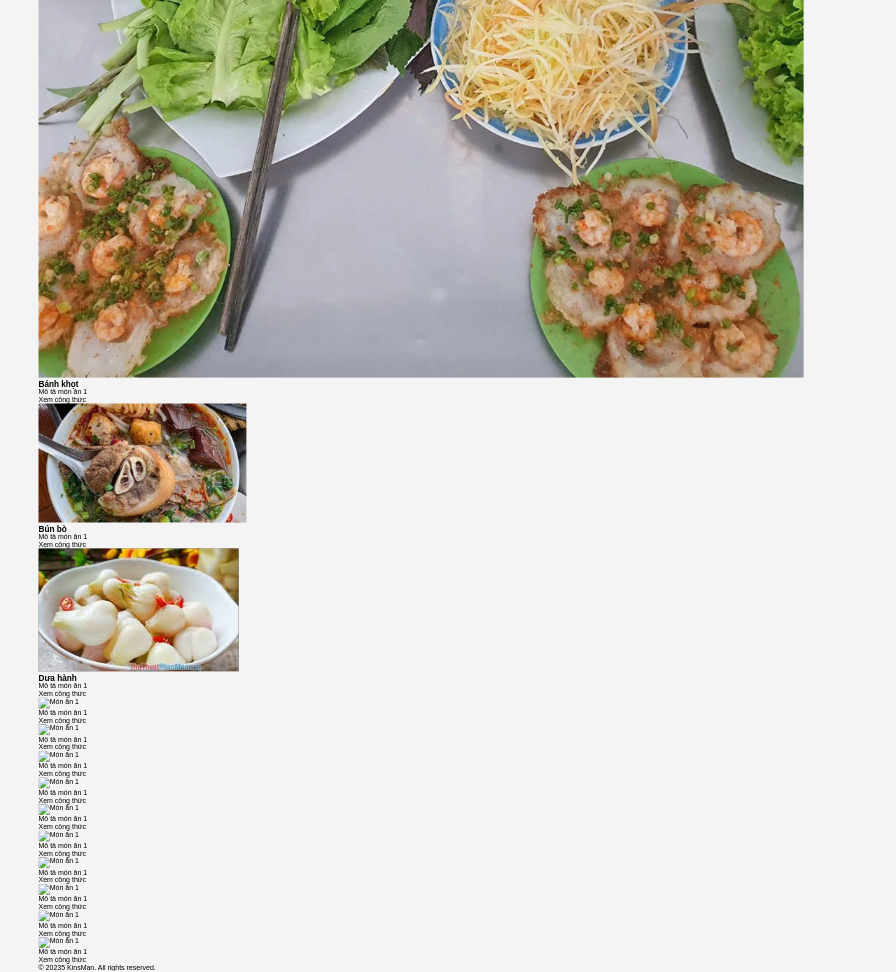
Repository: hoang28092000/how-food
Page: index.html
An editor plug-in stored every save of this project. The page is shown before and after a run of saves, followed by the edit.
The browser window is 1280 px wide. The pictures show the part of the page from y = 1208 to 3128 px (the page is 2596 px tall before and 3128 px after), at 70% of full size.

Above is the page before, as saved 2025-04-14 23:56:24.

### index.html
<!DOCTYPE html>
<html lang="en">
<head>
    <meta charset="UTF-8">
    <meta name="viewport" content="width=device-width, initial-scale=1.0">
    <link rel="stylesheet" href="./style.css">
    <title>Food VN</title>
</head>
<body>
    <header>
        <div class="container">
            <nav class="nav">
                <h1 class="logo">KINSMAN</h1>
                <form action="" class="search-form">
                    <input type="text" class="search-box" placeholder="Search for food...">
                    <button type="submit" class="btn-search">Search</button>
                </form>
            </nav>
        </div>
    </header>
    <main>
        <div class="container">
            <h2 class="title-page">
                Công thức nấu món ăn do KinsMAN cung cấp
            </h2>
            <div class="list-food">
                <div class="food-item">
                    <img src="./image/banh-xeo.webp" alt="Món ăn 1" class="food-image">
                    <div class="info-card">
                        <h3 class="food-name">Bánh Xèo</h3>
                        <p class="food-description">Mô tả món ăn 1</p>
                        <a class="btn-card">Xem công thức</a>
                    </div>
                </div>
                <div class="food-item">
                    <img src="./image/banh_khot.webp" alt="Món ăn 1" class="food-image">
                    <div class="info-card">
                        <h3 class="food-name">Bánh khọt</h3>
                        <p class="food-description">Mô tả món ăn 1</p>
                        <a class="btn-card">Xem công thức</a>
                    </div>
                </div>
                <div class="food-item">
                    <img src="./image/bunbo.jpg" alt="Món ăn 1" class="food-image">
                    <div class="info-card">
                        <h3 class="food-name">Bún bò</h3>
                        <p class="food-description">Mô tả món ăn 1</p>
                        <a class="btn-card">Xem công thức</a>
                    </div>
                </div>
                <div class="food-item">
                    <img src="./image/duahanh.jpg" alt="Món ăn 1" class="food-image">
                    <div class="info-card">
                        <h3 class="food-name">Dưa hành</h3>
                        <p class="food-description">Mô tả món ăn 1</p>
                        <a class="btn-card">Xem công thức</a>
                    </div>
                </div>
                <div class="food-item">
                    <img src="" alt="Món ăn 1" class="food-image">
                    <div class="info-card">
                        <h3 class="food-name"></h3>
                        <p class="food-description">Mô tả món ăn 1</p>
                        <a class="btn-card">Xem công thức</a>
                    </div>
                </div>
                <div class="food-item">
                    <img src="" alt="Món ăn 1" class="food-image">
                    <div class="info-card">
                        <h3 class="food-name"></h3>
                        <p class="food-description">Mô tả món ăn 1</p>
                        <a class="btn-card">Xem công thức</a>
                    </div>
                </div>
                <div class="food-item">
                    <img src="" alt="Món ăn 1" class="food-image">
                    <div class="info-card">
                        <h3 class="food-name"></h3>
                        <p class="food-description">Mô tả món ăn 1</p>
                        <a class="btn-card">Xem công thức</a>
                    </div>
                </div>
                <div class="food-item">
                    <img src="" alt="Món ăn 1" class="food-image">
                    <div class="info-card">
                        <h3 class="food-name"></h3>
                        <p class="food-description">Mô tả món ăn 1</p>
                        <a class="btn-card">Xem công thức</a>
                    </div>
                </div>
                <div class="food-item">
                    <img src="" alt="Món ăn 1" class="food-image">
                    <div class="info-card">
                        <h3 class="food-name"></h3>
                        <p class="food-description">Mô tả món ăn 1</p>
                        <a class="btn-card">Xem công thức</a>
                    </div>
                </div>
                <div class="food-item">
                    <img src="" alt="Món ăn 1" class="food-image">
                    <div class="info-card">
                        <h3 class="food-name"></h3>
                        <p class="food-description">Mô tả món ăn 1</p>
                        <a class="btn-card">Xem công thức</a>
                    </div>
                </div>
                <div class="food-item">
                    <img src="" alt="Món ăn 1" class="food-image">
                    <div class="info-card">
                        <h3 class="food-name"></h3>
                        <p class="food-description">Mô tả món ăn 1</p>
                        <a class="btn-card">Xem công thức</a>
                    </div>
                </div>
                <div class="food-item">
                    <img src="" alt="Món ăn 1" class="food-image">
                    <div class="info-card">
                        <h3 class="food-name"></h3>
                        <p class="food-description">Mô tả món ăn 1</p>
                        <a class="btn-card">Xem công thức</a>
                    </div>
                </div>
                <div class="food-item">
                    <img src="" alt="Món ăn 1" class="food-image">
                    <div class="info-card">
                        <h3 class="food-name"></h3>
                        <p class="food-description">Mô tả món ăn 1</p>
                        <a class="btn-card">Xem công thức</a>
                    </div>
                </div>
                <div class="food-item">
                    <img src="" alt="Món ăn 1" class="food-image">
                    <div class="info-card">
                        <h3 class="food-name"></h3>
                        <p class="food-description">Mô tả món ăn 1</p>
                        <a class="btn-card">Xem công thức</a>
                    </div>
                </div>
            </div>
        </div>
    </main>

    <footer>
        <div class="container">
            <p>&copy; 20235 KinsMan. All rights reserved.</p>
        </div>
    </footer>


    <script src="script.js"></script>
</body>
</html>

### style.css
*{
    padding: 0;
    margin: 0;
    box-sizing: border-box;
}
html{
    font-size: 62.5%;
    scroll-behavior: smooth;
}
.container{
    max-width: calc(100% - 48px);
    width: 1170px;
    margin: 0 auto;
}
body{
    font-family: 'Poppins', sans-serif;
    background-color: #f4f4f4;
}
/* header */
nav{
    display: flex;
    justify-content: space-between;
    align-items: center;
    padding: 20px;
    background-color: #fff;
    box-shadow: 0 2px 5px rgba(0, 0, 0, 0.1);
    position: fixed;
    width: 100%;
    top: 0;
    left: 0;
}
nav .logo{
    font-size: 2rem;
    font-weight: bold;
    color: #333;
    letter-spacing: 2px;
}
nav .search-form{
    display: flex;
    width: 50%;
    align-items: center;
    justify-content: flex-end;
}
.search-box{
    width: 300px;
    height: 40px;
    padding-left: 10px;
    border: 1px solid #ccc;
    border-radius: 5px;
    outline: none;
}
.btn-search{
    width: 100px;
    height: 40px;
    background-color: #333;
    color: #fff;
    border: none;
    border-radius: 5px;
    cursor: pointer;
    margin-left: 10px;
    transition: background-color 0.2s ease-in-out;
}
.btn-search:hover{
    background-color: #555;
}
/* main */
main{
    margin-top: 80px;
}
.title-page{
    padding-top: 60px;
    text-align: center;
    font-size: 2rem;
    font-weight: bold;
    color: #333;

}

Loaded but not shown: script.js (no copy from this time; the picture is the same without it)

After the next 3 saves:
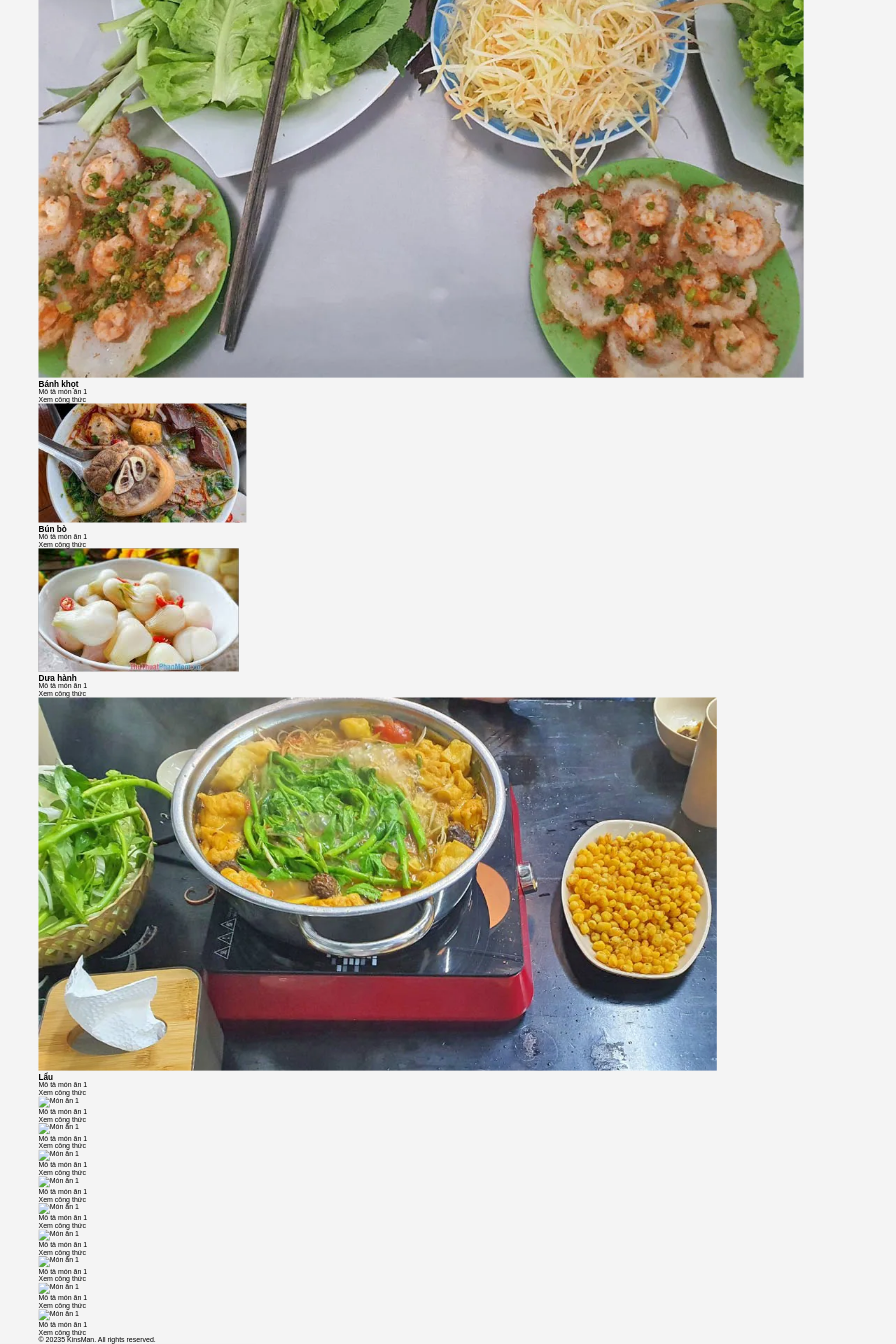
The 3 saves are shown as one change because they came seconds apart.
The last was saved 9 s later.
--- a/index.html
+++ b/index.html
@@ -57,9 +57,9 @@
                     </div>
                 </div>
                 <div class="food-item">
-                    <img src="" alt="Món ăn 1" class="food-image">
+                    <img src="./image/lau.webp" alt="Món ăn 1" class="food-image">
                     <div class="info-card">
-                        <h3 class="food-name"></h3>
+                        <h3 class="food-name">Lẩu</h3>
                         <p class="food-description">Mô tả món ăn 1</p>
                         <a class="btn-card">Xem công thức</a>
                     </div>
